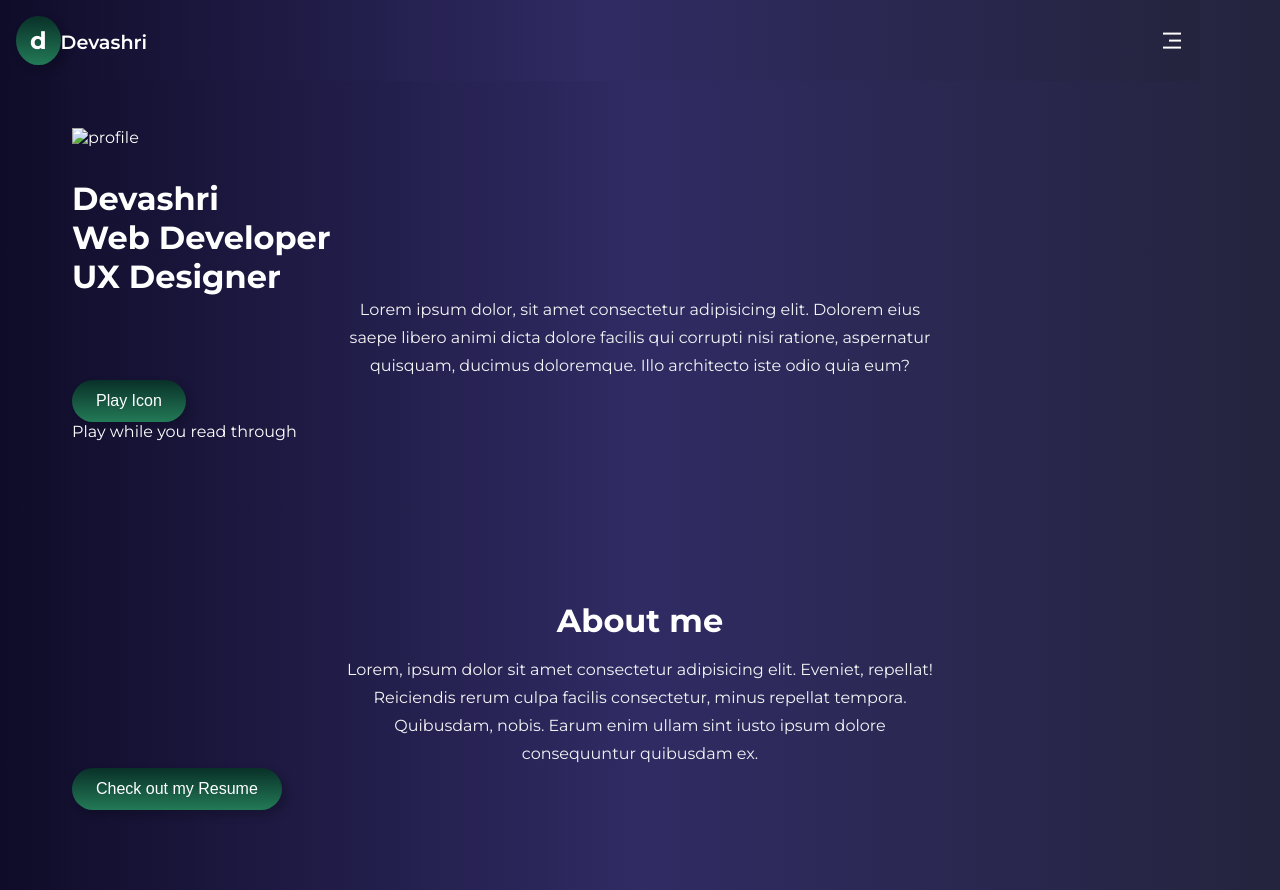
Repository: devashrisamani/devashrisamani.github.io
Page: index.html
The author's editor kept a copy of each file at every save. The page is drawn from the files as they stood at one save, then again after the next save.
The browser window is 1280 px wide. The pictures show the whole page.

Above is the page before, as saved 2025-09-24 18:42:11.

After the next save:
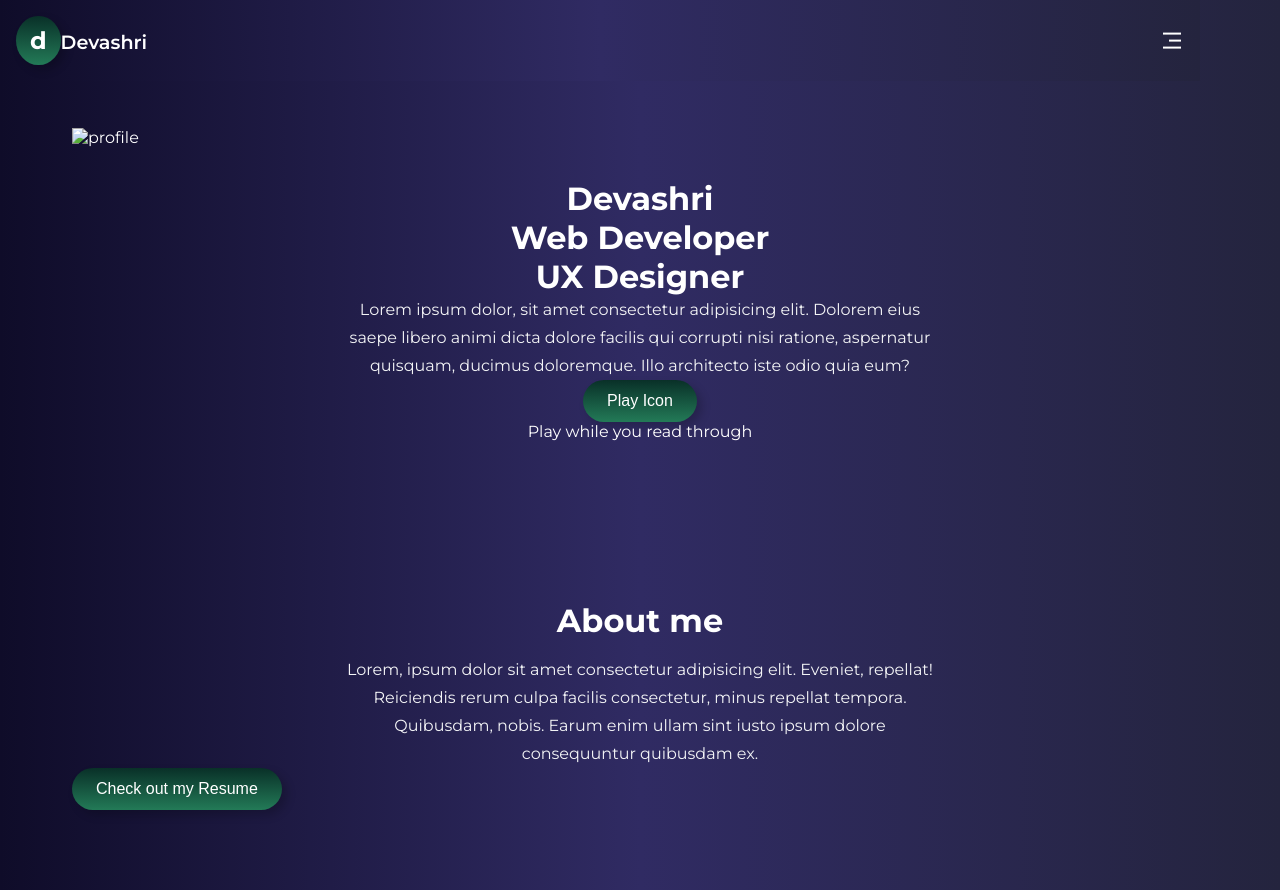
Saved 41 s later.
--- a/css/styles.css
+++ b/css/styles.css
@@ -172,3 +172,7 @@ a {
   gap: 2rem;
   isolation: isolate;
 }
+
+.header__content {
+  text-align: center;
+}
